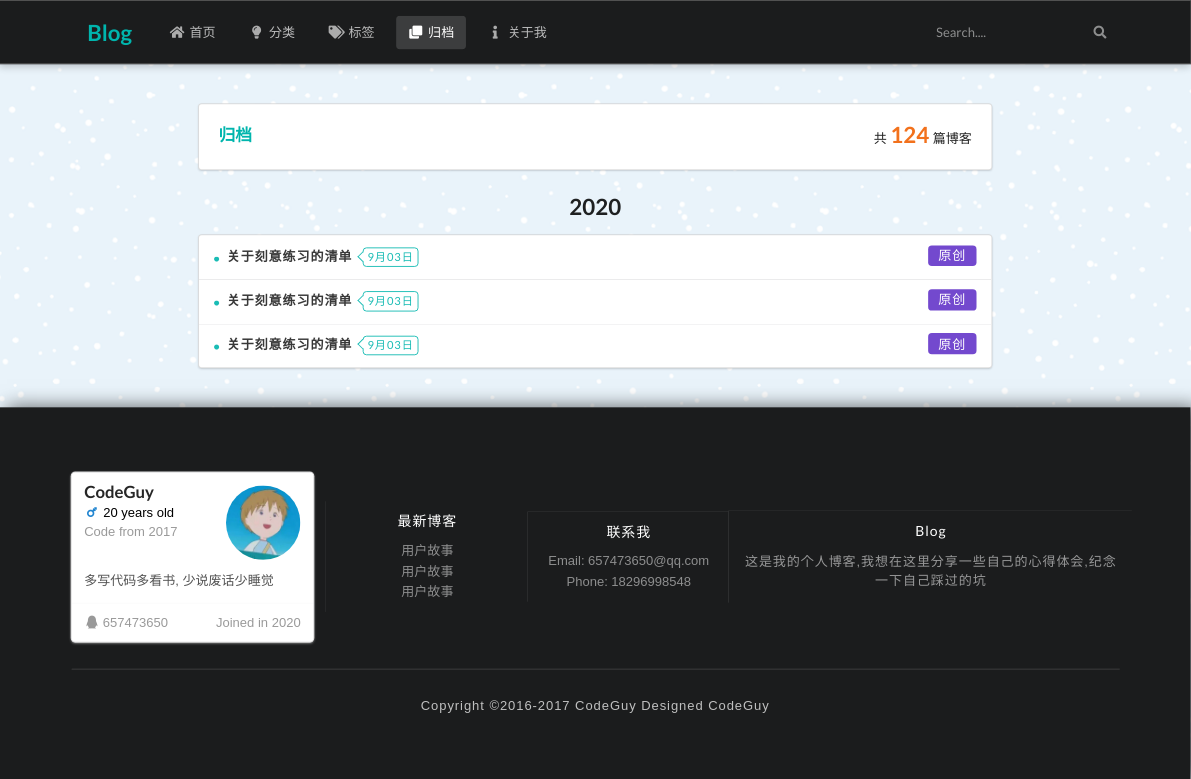
Repository: GOGOHQ/myblog
Page: archives.html
An editor plug-in stored every save of this project. The page is shown before and after the next save, followed by the edit.
The browser window is 1280 px wide. The page is 1281 px wide, so the pictures cover 1281 px, including what lies to the right of the window. The pictures show the whole page, at 93% of full size.
Some web libraries are served in a nearby version.

Above is the page before, as saved 2020-01-17 19:59:52.

### archives.html
<!DOCTYPE html>
<html lang="en">
<!-- shift alt + b -->

<head>
    <meta charset="UTF-8">
    <meta name="viewport" content="width=device-width, inital-scale=1.0">
    <title>归档</title>
    <link rel="stylesheet" href="static/css/me.css">
    <link rel="stylesheet" href="https://cdn.jsdelivr.net/semantic-ui/2.2.4/semantic.min.css">

</head>

<body style="background-image: url(static/images/blue-snow.png);">
<!-- 导航 -->
<nav class="ui inverted attached segment m-padded-tb-mini m-shadow-small">
    <div class="ui container">
        <div class="ui secondary stackable inverted menu">
            <h2 class="ui teal header item">Blog</h2>
            <a href="#" class="m-item m-mobile-hide item"><i class="home icon"></i>首页</a>
            <a href="#" class="m-item m-mobile-hide item"><i class="idea icon"></i>分类</a>
            <a href="#" class="m-item m-mobile-hide item"><i class="tags icon"></i>标签</a>
            <a href="#" class="active m-item m-mobile-hide item"><i class="clone icon"></i>归档</a>
            <a href="#" class="m-item m-mobile-hide item"><i class="info icon"></i>关于我</a>
            <div class="m-item right item m-mobile-hide">
                <div class="ui icon  inverted transparent input">
                    <input type="text" placeholder="Search....">
                    <i class="search link icon"></i>
                </div>
            </div>
        </div>
    </div>
    <a href="#" class="menu toggle ui black icon button m-top-right m-mobile-show">
        <i class="icon sidebar"></i>
    </a>
</nav>
<!-- 内容 -->
<div class="m-padded-tb-big m-small-container">
    <div class="ui container">
        <div class="ui segment padded ">
            <div class="ui two column middle aligned grid">
                <div class="column">
                    <h3 class="ui teal header">归档</h3>
                </div>
                <div class="right aligned column">
                    共
                    <h2 class="ui orange header m-inline-block">124</h2>&nbsp;篇博客
                </div>
            </div>
        </div>

        <h2 class="ui center aligned header">2020</h2>
        <div class="ui fluid vertical menu">
            <a class="item m-label-text-big" href="#" target="_blank">
                    <span><i class="ui teal circle icon mini"></i> 关于刻意练习的清单
                    <div class="ui teal basic left pointing label m-padded-tiny m-text-thin">9月03日</div>
                    </span>
                <div class="ui violet label large m-text-thin ">原创</div>
            </a>
            <a class="item m-label-text-big" href="#" target="_blank">
                    <span><i class="ui teal circle icon mini"></i> 关于刻意练习的清单
                    <div class="ui teal basic left pointing label m-padded-tiny m-text-thin">9月03日</div>
                    </span>
                <div class="ui violet label large m-text-thin ">原创</div>
            </a>
            <a class="item m-label-text-big" href="#" target="_blank">
                    <span><i class="ui teal circle icon mini"></i> 关于刻意练习的清单
                    <div class="ui teal basic left pointing label m-padded-tiny m-text-thin">9月03日</div>
                    </span>
                <div class="ui violet label large m-text-thin ">原创</div>
            </a>

        </div>

    </div>
</div>
<!-- 底部 -->
<footer class="ui inverted vertical segment m-padded-tb-massive m-top-shadow ">
    <div class="ui center aligned container ">
        <div class="ui inverted stackable divided grid fluid ">
            <div class="four wide column left aligned ">
                <div class="ui fluid card ">
                    <div class="content ">
                        <img class="right circular floated tiny ui image " src="static/images/avatar.jpg ">
                        <div class="header ">
                            CodeGuy
                        </div>
                        <div class="meta ">
                            <i class="icon blue mars stroke " style="margin:0px "></i>
                            <text style="color:black; ">20 years old</text>
                        </div>
                        <div class="meta ">
                            Code from 2017
                        </div>
                        <div class="description ">
                            多写代码多看书, 少说废话少睡觉
                        </div>
                    </div>
                    <div class="extra content ">
                        <a>
                            <i class="qq icon "></i>657473650
                        </a>
                        <span class="right floated ">
                                    Joined in 2020
                                  </span>
                    </div>
                </div>
            </div>
            <div class="center middle aligned three wide column ">
                <h4 class="ui inverted header m-text-thin m-text-spaced ">最新博客</h4>
                <div class="ui inverted link list ">
                    <a href="# " class="item ">用户故事</a>
                    <a href="# " class="item ">用户故事</a>
                    <a href="# " class="item ">用户故事</a>
                </div>
            </div>
            <div class="center aligned three wide column middle aligned ">
                <h4 class="ui inverted header m-text-thin m-text-spaced ">联系我</h4>
                <div class="ui inverted link list ">
                    <a href="# " class="item ">Email: 657473650@qq.com</a>
                    <a href="# " class="item ">Phone: 18296998548</a>

                </div>
            </div>
            <div class="six wide middle aligned column ">
                <h4 class="ui inverted header m-text-thin m-text-spaced ">Blog</h4>
                <p class="m-text-thin m-text-spaced m-text-tiny-opacity ">这是我的个人博客,我想在这里分享一些自己的心得体会,纪念一下自己踩过的坑</p>
            </div>
        </div>
        <div class="ui inverted section divider "></div>
        <p class="m-text-thin m-text-spaced m-text-mini-opacity ">Copyright ©2016-2017 CodeGuy Designed CodeGuy</p>
    </div>
</footer>
</body>
<script src="https://cdn.jsdelivr.net/npm/jquery@3.2/dist/jquery.min.js"></script>
<script src="https://cdn.jsdelivr.net/semantic-ui/2.2.4/semantic.min.js"></script>
<script>
    $('.menu.toggle').click(function () {
        $('.m-item').fadeToggle().toggleClass('m-mobile-hide')
    });
</script>


</html>

### static/css/me.css
/* postion */

.m-top-right {
    position: absolute !important;
    top: 0;
    right: 0;
}


/*margin*/

.m-margin-tb-tiny {
    margin-top: 0.3em !important;
    margin-bottom: 0.3em !important;
}

.m-margin-top-small {
    margin-top: 0.5em !important;
}

.m-margin-top-large {
    margin-top: 2em !important;
}

.m-margin-top {
    margin-top: 1em !important;
}

body {
    font-family: "WenQuanYi Micro Hei", sans-serif !important;
}


/* padding */

.m-padded-lr-responsive {
    padding-left: 3.5em !important;
    padding-right: 3.5em !important;
}

.m-padded-mini {
    padding: 0.2em !important;
}

.m-padded-tiny {
    padding: 0.3em !important;
}

.m-padded-small {
    padding: 0.5em !important;
}

.m-padded-tb-mini {
    padding-top: 0.2em !important;
    padding-bottom: 0.2em !important;
}

.m-padded-top-middle {
    padding-top: 40px !important
}

.m-padded-tb-massive {
    padding-top: 5em !important;
    padding-bottom: 5em !important;
}

.m-padded-tb-large {
    padding-top: 2em !important;
    padding-bottom: 2em !important;
}

.m-padded-tb-big {
    padding-top: 3em !important;
    padding-bottom: 3em !important;
}

.m-padded-tb-tiny {
    padding-top: 0.3em !important;
    padding-bottom: 0.3em !important;
}

.m-padded-tb-huge {
    padding-top: 4em !important;
    padding-bottom: 4em !important;
}

.m-padded-tb {
    padding-top: 1em !important;
    padding-bottom: 1em !important;
}

.m-padded-tb-small {
    padding-top: 0.5em !important;
    padding-bottom: 0.5em !important;
}


/* shadow */

.m-shadow-small {
    -webkit-box-shadow: 0 4px 8px rgba(0, 0, 0, 0.2) !important;
    box-shadow: 0 4px 8px rgba(0, 0, 0, 0.2) !important;
}

.m-top-shadow {
    -webkit-box-shadow: 0 4px 8px rgba(0, 0, 0, 0.3) !important;
    box-shadow: 8px 0px 20px rgba(0, 0, 0, 0.6) !important;
}


/* color */

.m-black {
    color: #333 !important;
}


/* text */

.m-label-text {
    line-height: 1.6 !important;
    font-weight: 550 !important;
    letter-spacing: 1px !important;
    opacity: 0.85 !important;
}

.m-label-text-big {
    font-weight: 700 !important;
    letter-spacing: 1px !important;
    opacity: 0.9 !important;
}

.m-text-thin {
    font-weight: 400 !important
}

.m-text-spaced {
    letter-spacing: 1px !important
}

.m-text-lined {
    line-height: 1.8 !important
}

.m-text-mini-opacity {
    opacity: 0.8 !important
}

.m-text-tiny-opacity {
    opacity: 0.6 !important
}

.m-text {
    line-height: 1.6 !important;
    font-weight: 400 !important;
    letter-spacing: 1px !important;
    opacity: 0.8 !important
}

.m-info-text {
    line-height: 1.6 !important;
    font-weight: 600 !important;
    letter-spacing: 1px !important;
    opacity: 0.8 !important;
    color: #333 !important;
}


/* display */

.m-inline-block {
    display: inline-block !important;
}


/* container */

.m-container {
    max-width: 78em !important;
    margin: auto !important;
}

.m-small-container {
    max-width: 61em !important;
    margin: auto !important;
}

.m-mobile-show {
    display: none !important;
}

.sbtn {
    margin: 0 !important;
    margin-right: 120px !important;
}

@media screen and (max-width: 768px) {
    .m-mobile-hide {
        display: none !important;
    }

    .m-mobile-show {
        display: block !important;
    }

    .m-padded-lr-responsive {
        padding-left: 0 !important;
        padding-right: 0 !important;
    }

    .m-mobile-lr-clear {
        padding-right: 0 !important;
        padding-left: 0 !important;
    }

    .sbtn {
        margin-top: 10px !important;
        margin-right: 12px !important;
        margin-left: 9px !important;
    }
}

After the next save:
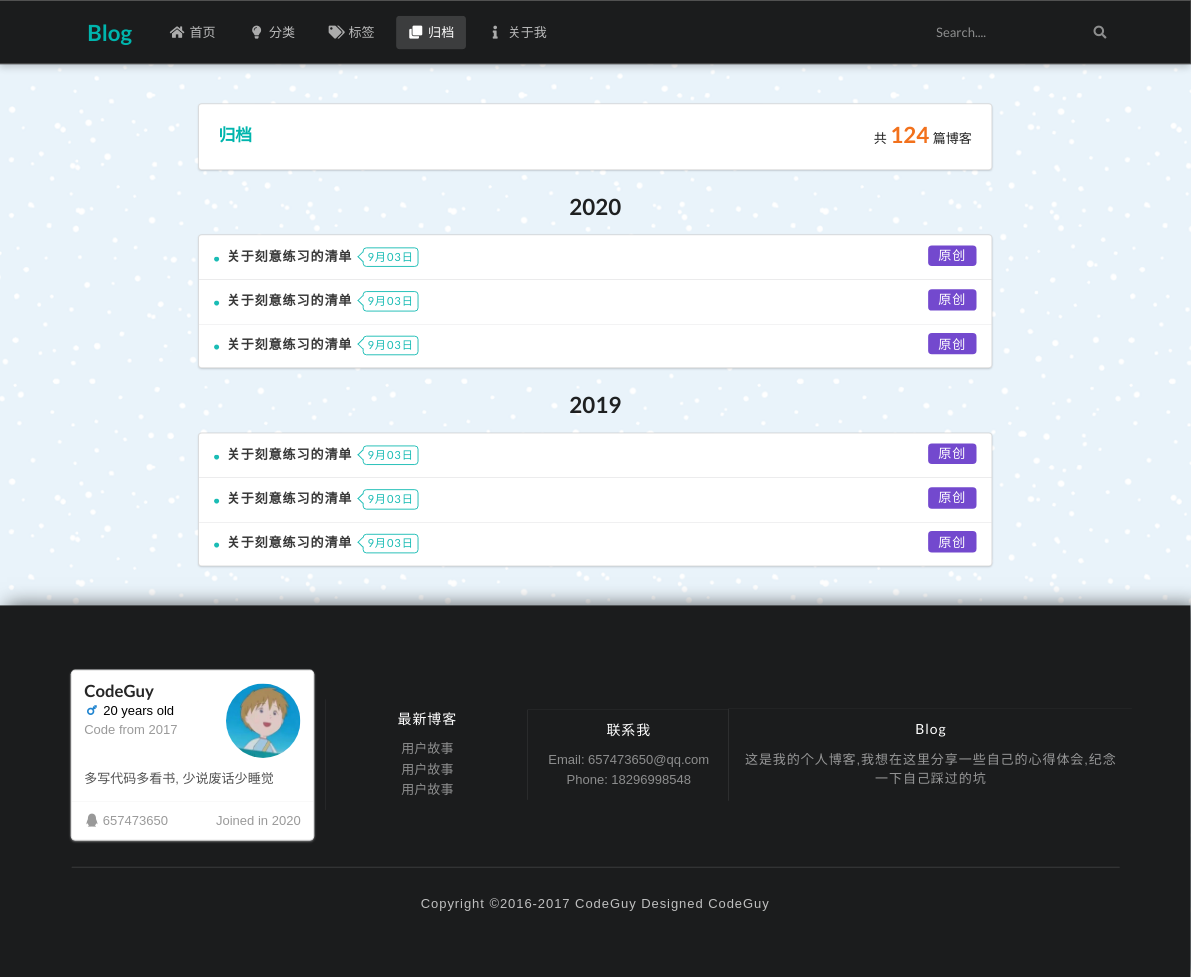
Saved 15 s later.
--- a/archives.html
+++ b/archives.html
@@ -50,6 +50,28 @@
         </div>
 
         <h2 class="ui center aligned header">2020</h2>
+        <div class="ui fluid vertical menu">
+            <a class="item m-label-text-big" href="#" target="_blank">
+                    <span><i class="ui teal circle icon mini"></i> 关于刻意练习的清单
+                    <div class="ui teal basic left pointing label m-padded-tiny m-text-thin">9月03日</div>
+                    </span>
+                <div class="ui violet label large m-text-thin ">原创</div>
+            </a>
+            <a class="item m-label-text-big" href="#" target="_blank">
+                    <span><i class="ui teal circle icon mini"></i> 关于刻意练习的清单
+                    <div class="ui teal basic left pointing label m-padded-tiny m-text-thin">9月03日</div>
+                    </span>
+                <div class="ui violet label large m-text-thin ">原创</div>
+            </a>
+            <a class="item m-label-text-big" href="#" target="_blank">
+                    <span><i class="ui teal circle icon mini"></i> 关于刻意练习的清单
+                    <div class="ui teal basic left pointing label m-padded-tiny m-text-thin">9月03日</div>
+                    </span>
+                <div class="ui violet label large m-text-thin ">原创</div>
+            </a>
+
+        </div>
+        <h2 class="ui center aligned header">2019</h2>
         <div class="ui fluid vertical menu">
             <a class="item m-label-text-big" href="#" target="_blank">
                     <span><i class="ui teal circle icon mini"></i> 关于刻意练习的清单
